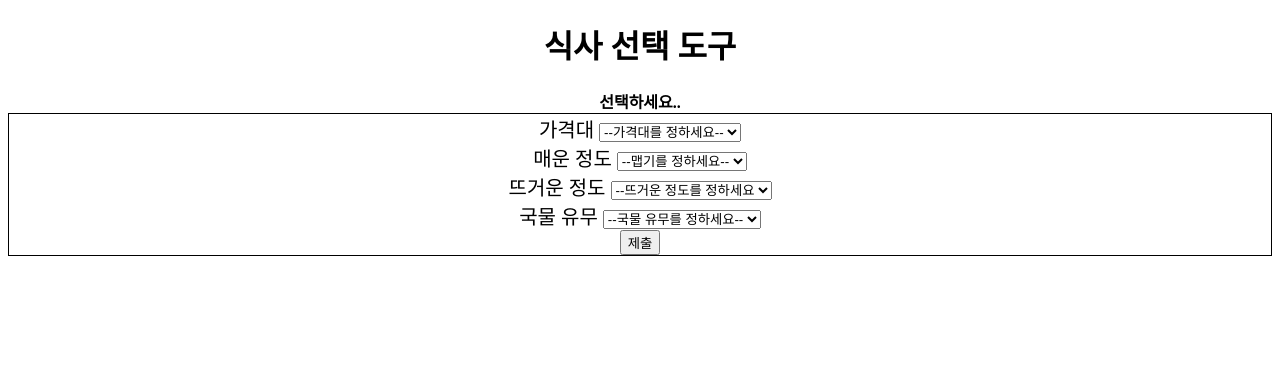
Repository: kimgh06/JavaWeb
Page: http://localhost/what/
An editor plug-in stored every save of this project. The page is shown before and after the next save, followed by the edit.
The browser window is 1280 px wide. The pictures show the whole page.
The page is served by Tomcat 9. Other server files are loaded and not shown.

Above is the page before, as saved 2022-11-04 00:24:17.

### what/src/main/webapp/index.jsp
<%@ page language="java" contentType="text/html; charset=EUC-KR"
	pageEncoding="EUC-KR"%>
<!DOCTYPE html>
<html>
<head>
<meta charset="EUC-KR">
<title>식사 선택 도구</title>
<link href="./main.css" rel="stylesheet" type="text/css">
</head>
<body>
	<div id="main">
		<h1>식사 선택 도구</h1>
		<b>선택하세요..</b>
		<div id="form">
			<div>
				<label>가격대</label> <select>
					<option value="-1">--가격대를 정하세요--</option>
					<option value="1">8000이하</option>
					<option value="2">13000이하</option>
					<option value="3">18000이하</option>
					<option value="4">23000이하</option>
					<option value="5">23000이상</option>
				</select>
			</div>
			<div>
				<label>매운 정도</label> <select>
					<option value="-1">--맵기를 정하세요--</option>
					<option value="하">맵지 않음</option>
					<option value="중">적당히 매움</option>
					<option value="상">매움</option>
				</select>
			</div>
			<div>
				<label>뜨거운 정도</label>
				<select>
					<option value="-1">--뜨거운 정도를 정하세요</option>
					<option value="하">뜨겁지 않음</option>
					<option value="중">따뜻함</option>
					<option value="상">뜨거움</option>
				</select>
			</div>
			<div>
				<label>국물 유무</label> <select>
					<option value="-1">--국물 유무를 정하세요--</option>
					<option value="0">없음</option>
					<option value="1">있음</option>
				</select>
			</div>
			<button>제출</button>
		</div>
	</div>
</body>
</html>

### what/src/main/webapp/main.css
@CHARSET "UTF-8";

#main{
	text-align: center;
	display: block;
}

#form{
	display: block;
	border: 1px solid black;
}

#form div{
	font-size: 20px;
}

After the next save:
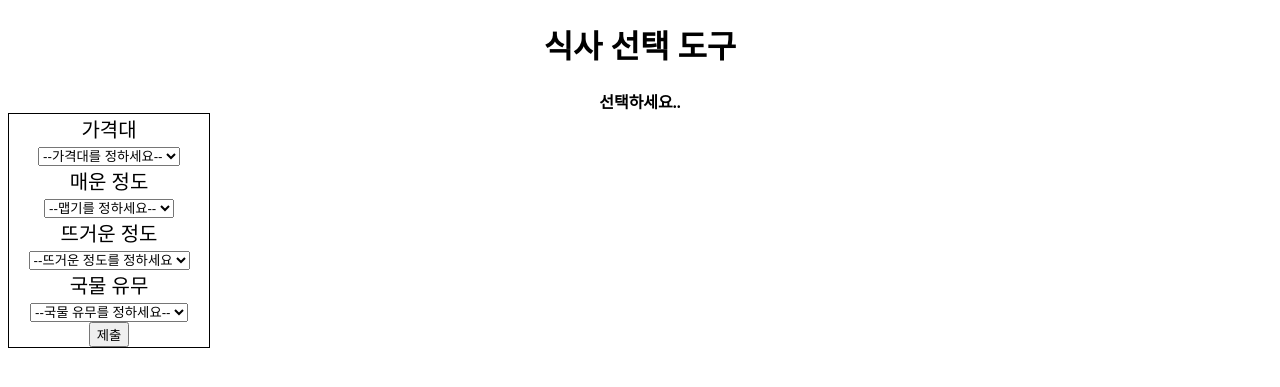
Saved 74 s later.
--- a/what/src/main/webapp/main.css
+++ b/what/src/main/webapp/main.css
@@ -6,6 +6,7 @@
 }
 
 #form{
+	width: 200px;
 	display: block;
 	border: 1px solid black;
 }
